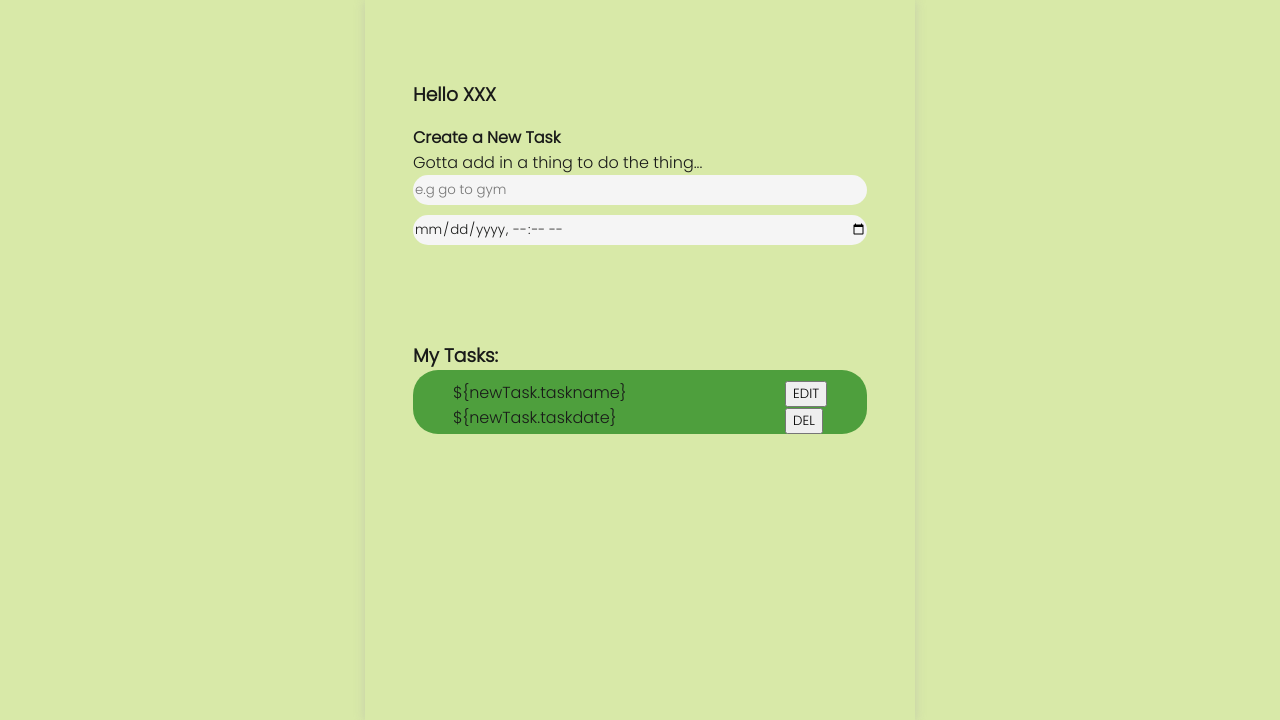
Repository: acidpixie/todo-app-version3
Page: index.html
An editor plug-in stored every save of this project. The page is shown before and after the next save, followed by the edit.
The browser window is 1280 px wide. The pictures show the whole page.

Above is the page before, as saved 2022-06-11 15:53:44.

After the next save:
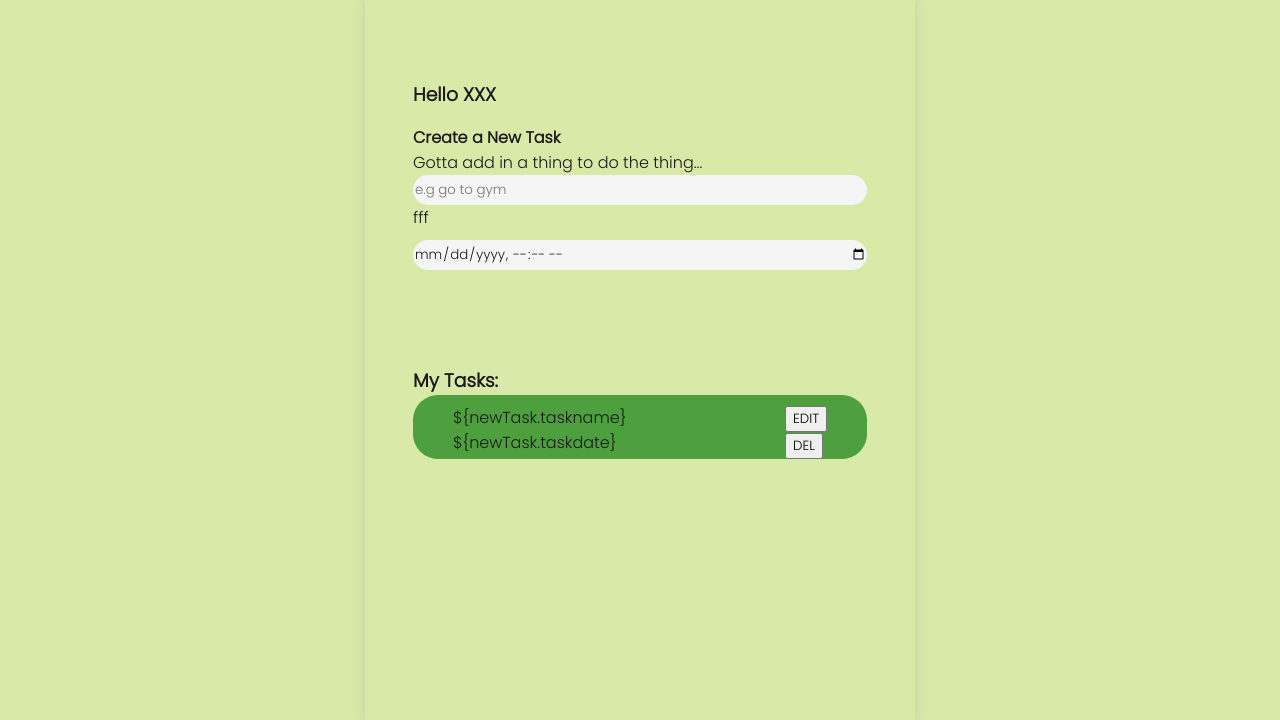
Saved 19 s later.
--- a/index.html
+++ b/index.html
@@ -28,7 +28,7 @@
             <form>
                 <label>Gotta add in a thing to do the thing...</label>
                 <input type="text" class="user-input" id="input-task" placeholder="e.g go to gym">
-                <p id="empty-input"></p>
+                <p id="empty-input">fff</p>
                 <input type="datetime-local" class="user-date" id="input-date">
                 </label>
             </form>

After the save that followed:
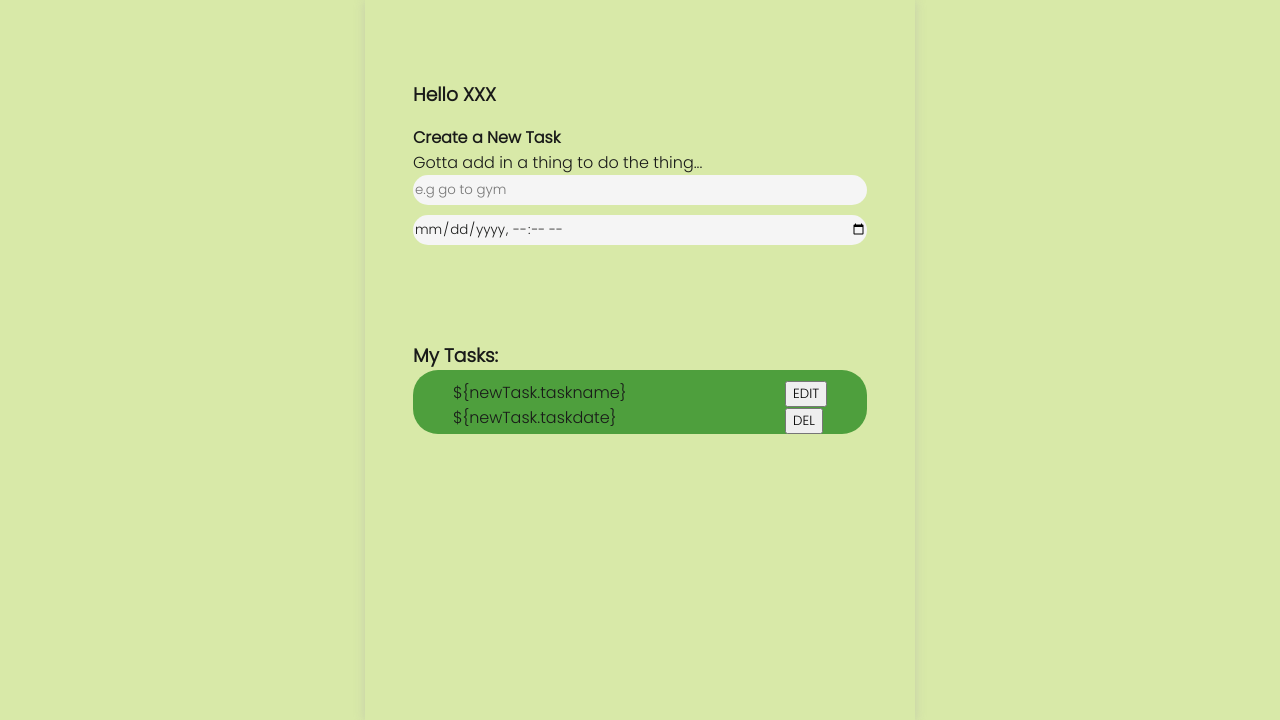
Saved 9 s later.
--- a/index.html
+++ b/index.html
@@ -28,7 +28,7 @@
             <form>
                 <label>Gotta add in a thing to do the thing...</label>
                 <input type="text" class="user-input" id="input-task" placeholder="e.g go to gym">
-                <p id="empty-input">fff</p>
+                <p id="empty-input"></p>
                 <input type="datetime-local" class="user-date" id="input-date">
                 </label>
             </form>
